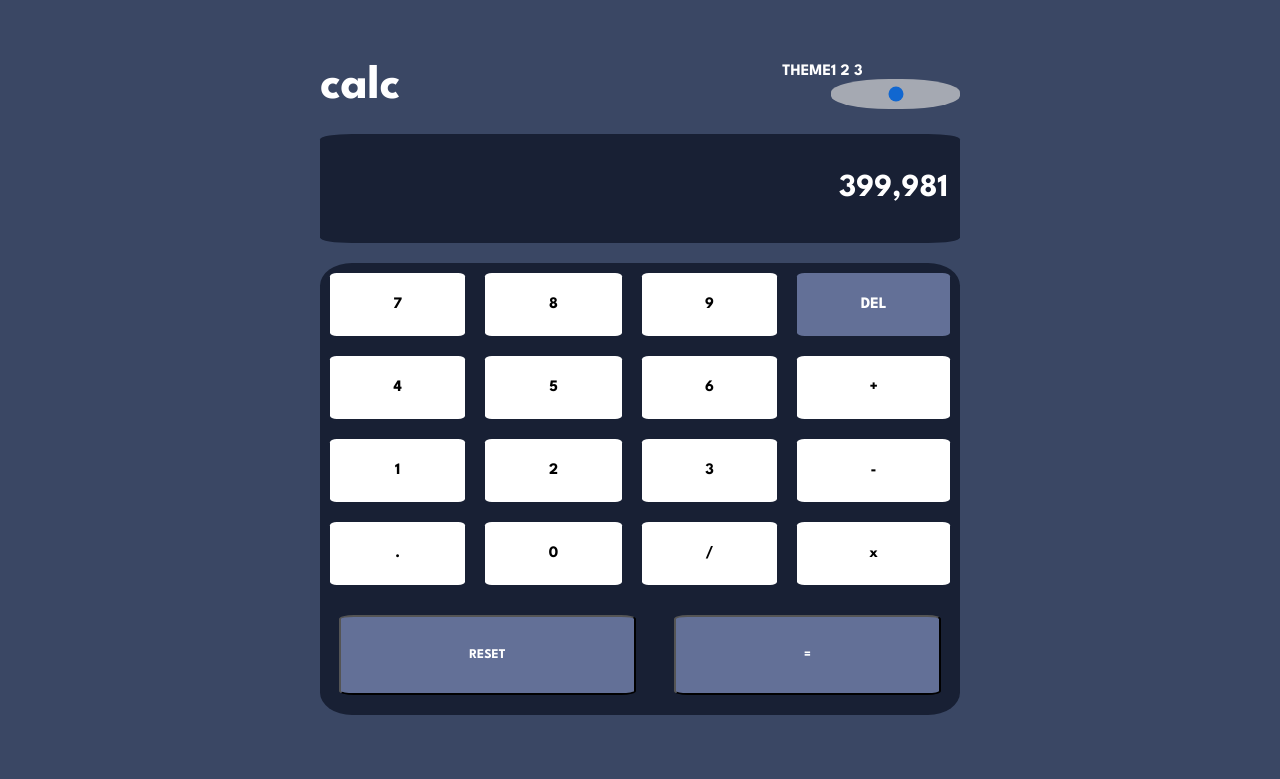
Repository: DevLaukey/calc-with-css-js
Page: index.html
These files come from the project's save history. The page is drawn as it stood at one moment and after the next save; the edit follows.
The browser window is 1280 px wide. The pictures show the whole page.

Above is the page before, as saved 2022-05-18 14:38:35.

### index.html
<!DOCTYPE html>
<html lang="en">
  <head>
    <meta charset="UTF-8" />
    <meta http-equiv="X-UA-Compatible" content="IE=edge" />
    <meta name="viewport" content="width=device-width, initial-scale=1.0" />
    <title>Calculator</title>
    <link rel="stylesheet" href="./styles.css" />
    <link rel="preconnect" href="https://fonts.googleapis.com" />
    <link rel="preconnect" href="https://fonts.gstatic.com" crossorigin />
    <link
      href="https://fonts.googleapis.com/css2?family=League+Spartan:wght@700&display=swap"
      rel="stylesheet"
    />
  </head>
  <body>
    <div class="body">
      <header class="calculator__header">
        <div>
          <p class="calculator__name text">calc</p>
        </div>
        <div class="calculator__slider">
          <div class="text">
            <p class="calculator__smallText">THEME</p>
          </div>
          <div class="class-slider">
            <p class="calculator__smallText text">
              <span>1</span>
              <span>2</span>
              <span>3</span>
            </p>
            <div class="calculator__block">
              <input
                class="slider"
                type="range"
                min="1"
                max="3"
                name=""
                id=""
              />
            </div>
          </div>
        </div>
      </header>
      <div class="calculator__display">
        <p class="text calculator__solution">399,981</p>
      </div>
      <div class="calculator__input">
        <div class="calculator__row">
          <p class="calculator__button seven">7</p>
          <p class="calculator__button eight">8</p>
          <p class="calculator__button nine">9</p>
          <p
            class="calculator__button del back"
            style="background-color: hsl(225, 21%, 49%); color: white"
          >
            DEL
          </p>
          <p class="calculator__button four">4</p>
          <p class="calculator__button five">5</p>
          <p class="calculator__button six">6</p>
          <p class="calculator__button plus">+</p>
          <p class="calculator__button one">1</p>
          <p class="calculator__button two">2</p>
          <p class="calculator__button three">3</p>
          <p class="calculator__button minus">-</p>

          <p class="calculator__button dot">.</p>
          <p class="calculator__button minus">0</p>
          <p class="calculator__button slash">/</p>
          <p class="calculator__button multiply">x</p>
        </div>
        <div class="calculator__control">
          <button class="control reset text">RESET</button>
          <button class="control equals text">=</button>
        </div>
      </div>
    </div>
  </body>
</html>

### styles.css
* {
  margin: 0;
  padding: 0;
  box-sizing: border-box;
}

body {
  background-color: hsl(222, 26%, 31%);

}
.body {
  font-family: "League Spartan", sans-serif;
  /* width: 100%; */
  /* padding: 10%; */
  margin-bottom: 5%;
  margin-top: 5%;
  margin-left: 25%;
  margin-right: 25%;
}
.calculator__header {
  display: flex;
  width: 100%;
  justify-content: space-between;
  margin-bottom: 25px;
}
.calculator__block {
  display: flex;
}
.calculator__name {
  font-size: 3em;
  color: white;
}
.calculator__slider {
  display: flex;


}
.calculator__smallText{
  margin: top 5px;
}
.text {
  color: white;
    font-family: "League Spartan", sans-serif;

}
.numbers {
  color: hsl(221, 14%, 31%);
}
.slider {
  -webkit-appearance: none;
  /* width: 100%; */
  height: 30px;
  width: 100%;
  background: #d3d3d3;
  border-radius: 45%;
  /* padding-top: 0.5em; */
  /* outline: none; */
  opacity: 0.7;
  -webkit-transition: 0.2s;
  transition: opacity 0.2s;
}
.background-red{background-color: hsl(6, 63%, 50%);
}

.background-light-orange{background-color: hsl(30, 25%, 89%)}

.slider:hover {
  opacity: 1;
}
.slider::-webkit-slider-thumb {
  /* -webkit-appearance: none; */
  /* appearance: none; */
  width: 25px;
  height: 25px;
  background: #04aa6d;
  cursor: pointer;
}

.slider::-moz-range-thumb {
  width: 25px;
  height: 25px;
  background: #04aa6d;
  cursor: pointer;
}

.calculator__display {
  background-color: hsl(224, 36%, 15%);
  display: flex;
  flex-direction: row-reverse;
  border-radius: 5%;
  padding: 2.5em 0.75rem 2.5em 0.75em;
  margin-bottom: 20px;
}
.calculator__solution {
  font-size: 2em;
}
.calculator__input {
  background-color: hsl(224, 36%, 15%);
  border-radius: 5%;
text-align: center;
  display: flex;
  flex-direction: column;
}
.calculator__row{
    display: grid;
  gap: 20px;
  grid-template-columns: auto auto auto auto;
    padding: 10px;
  margin-bottom: 20px;

}
.calculator__button {
    background-color: white;
    padding-top: 1.5em;
    padding-bottom: 1.5em;
    padding-left: -0.2em;
    padding-right: -0.2em;
    border-radius: 5%;
    box-shadow:  hsl(224, 28%, 35%);
}
.calculator__control {
    display: flex;
    justify-content: space-around;
    margin-bottom:20px ;

}
.control{
    padding: 5% 20% 5% 20%;
    border-radius: 5%;
}
.reset{
  background-color:hsl(225, 21%, 49%);
}
.equals{
  background-color:hsl(225, 21%, 49%);
}

After the next save:
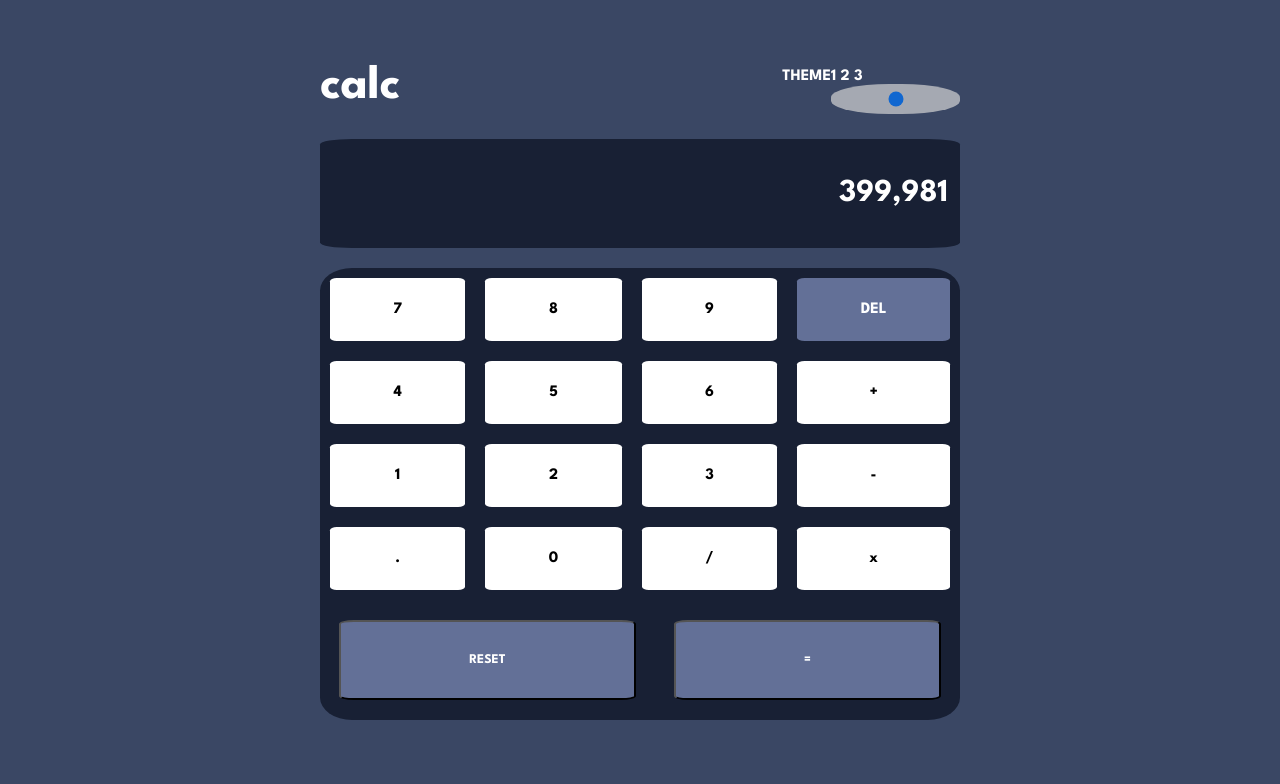
Saved 10 s later.
--- a/styles.css
+++ b/styles.css
@@ -36,7 +36,7 @@
 
 }
 .calculator__smallText{
-  margin: top 5px;
+  margin-top: 5px;
 }
 .text {
   color: white;

After the save that followed:
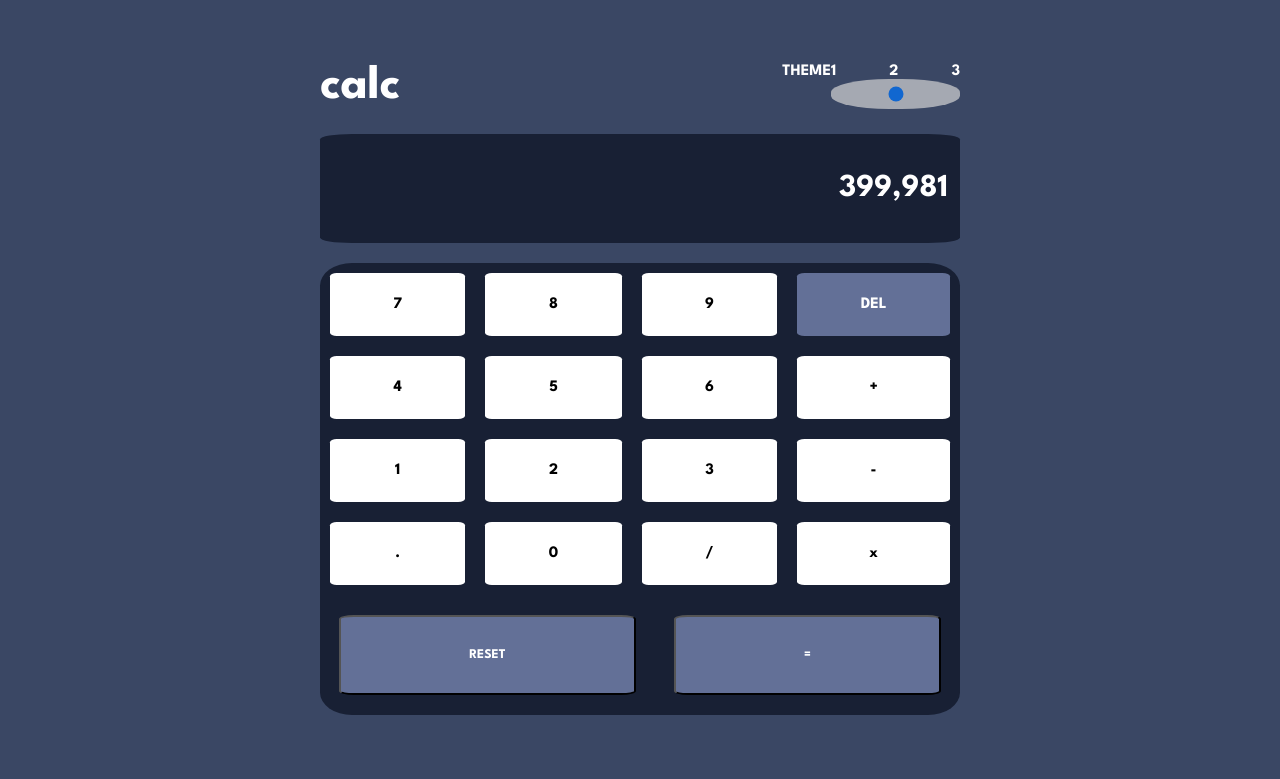
Saved 19 s later.
--- a/styles.css
+++ b/styles.css
@@ -36,7 +36,9 @@
 
 }
 .calculator__smallText{
-  margin-top: 5px;
+    display: flex;
+
+    justify-content: space-between;
 }
 .text {
   color: white;
